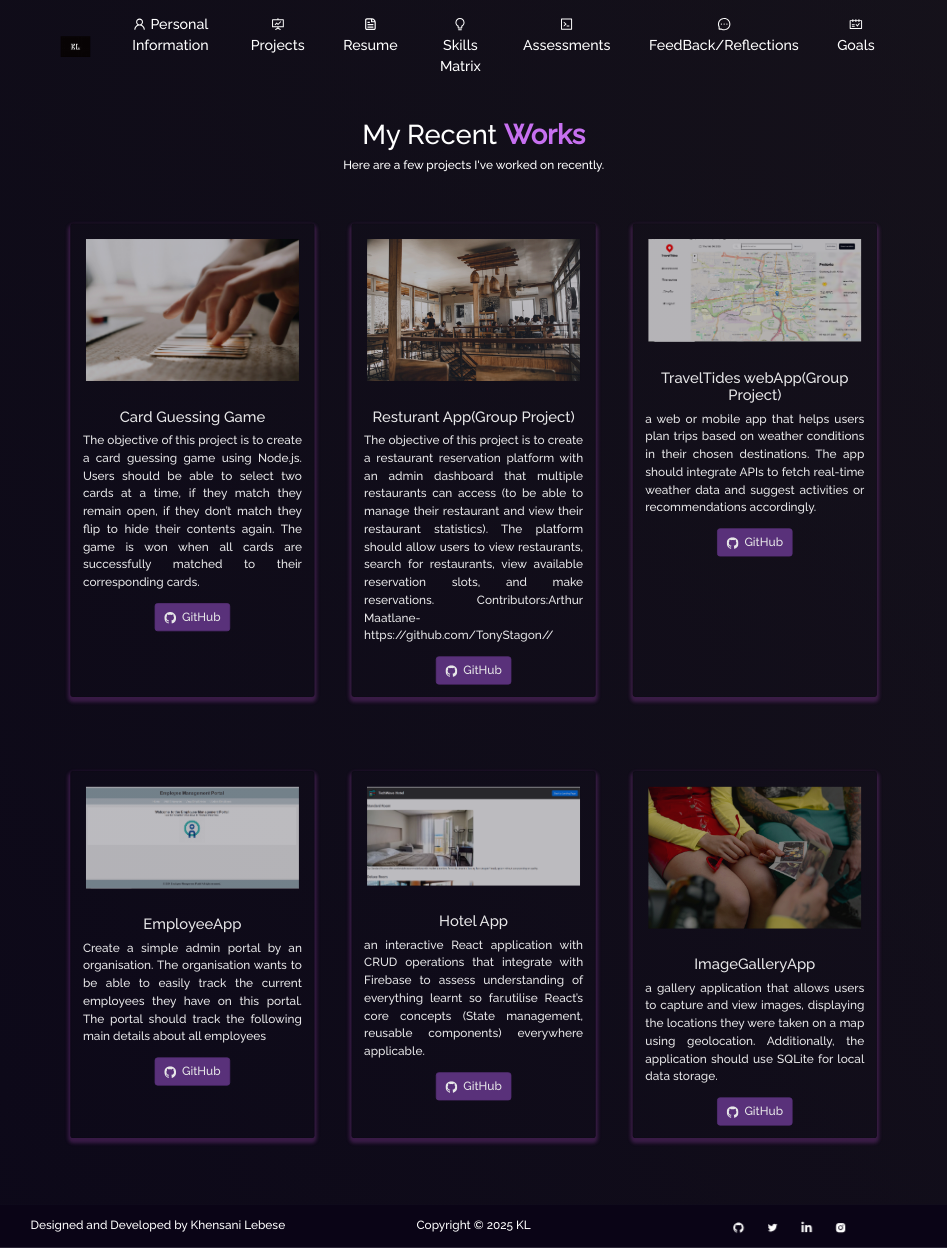
Repository: Khensani-Lebese/PortfolioCodeTribe
Page: /project
An editor plug-in stored every save of this project. The page is shown before and after the next save, followed by the edit.
The browser window is 1280 px wide. The pictures show the whole page, at 74% of full size.
The project was rebuilt for these pictures with package versions that can differ from the ones it lists, and the page was loaded fresh each time. Also part of the build but not shown: src/components/Home/Home2.js, src/components/Home/Type.js, src/components/Home/Home.js, src/components/About/Github.js, src/components/About/Techstack.js, src/components/About/AboutCard.js, src/components/About/Toolstack.js, src/components/About/About.js and 5 more. Imported but missing from the stored project, and not drawn on this page: src/Assets/Khensani Lebese Resume.pdf.

Above is the page before, as saved 2025-04-04 16:44:42.

After the next save:
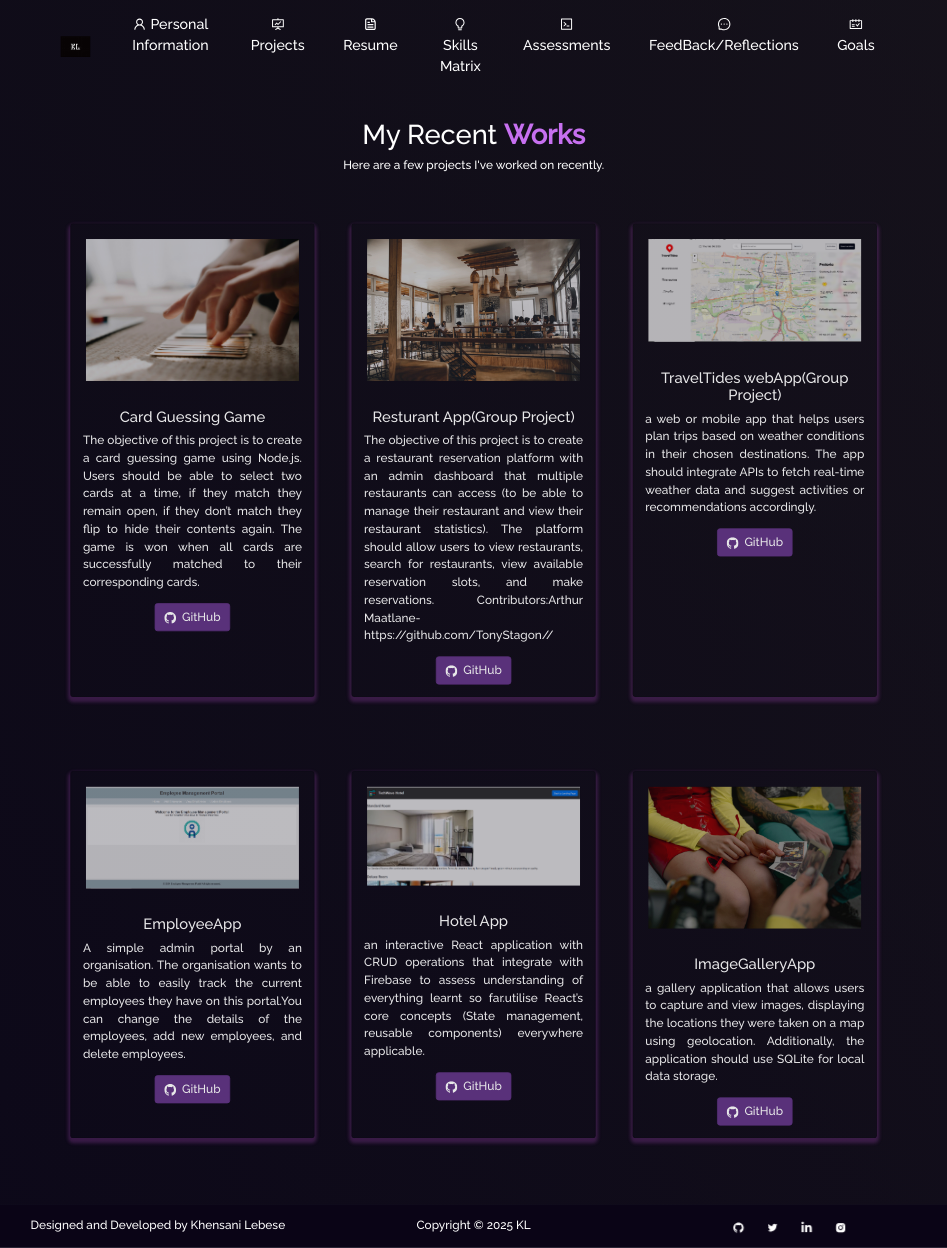
Saved 55 s later.
--- a/src/components/Projects/Projects.js
+++ b/src/components/Projects/Projects.js
@@ -57,7 +57,7 @@ function Projects() {
               imgPath={employee}
               isBlog={false}
               title="EmployeeApp"
-              description="Create a simple admin portal by an organisation. The organisation wants to be able to easily track the current employees they have on this portal. The portal should track the following main details about all employees"
+              description="A simple admin portal by an organisation. The organisation wants to be able to easily track the current employees they have on this portal.You can change the details of the employees, add new employees, and delete employees."
               ghLink="https://github.com/Khensani-Lebese/EmployeeApp.git"
             />
           </Col>
